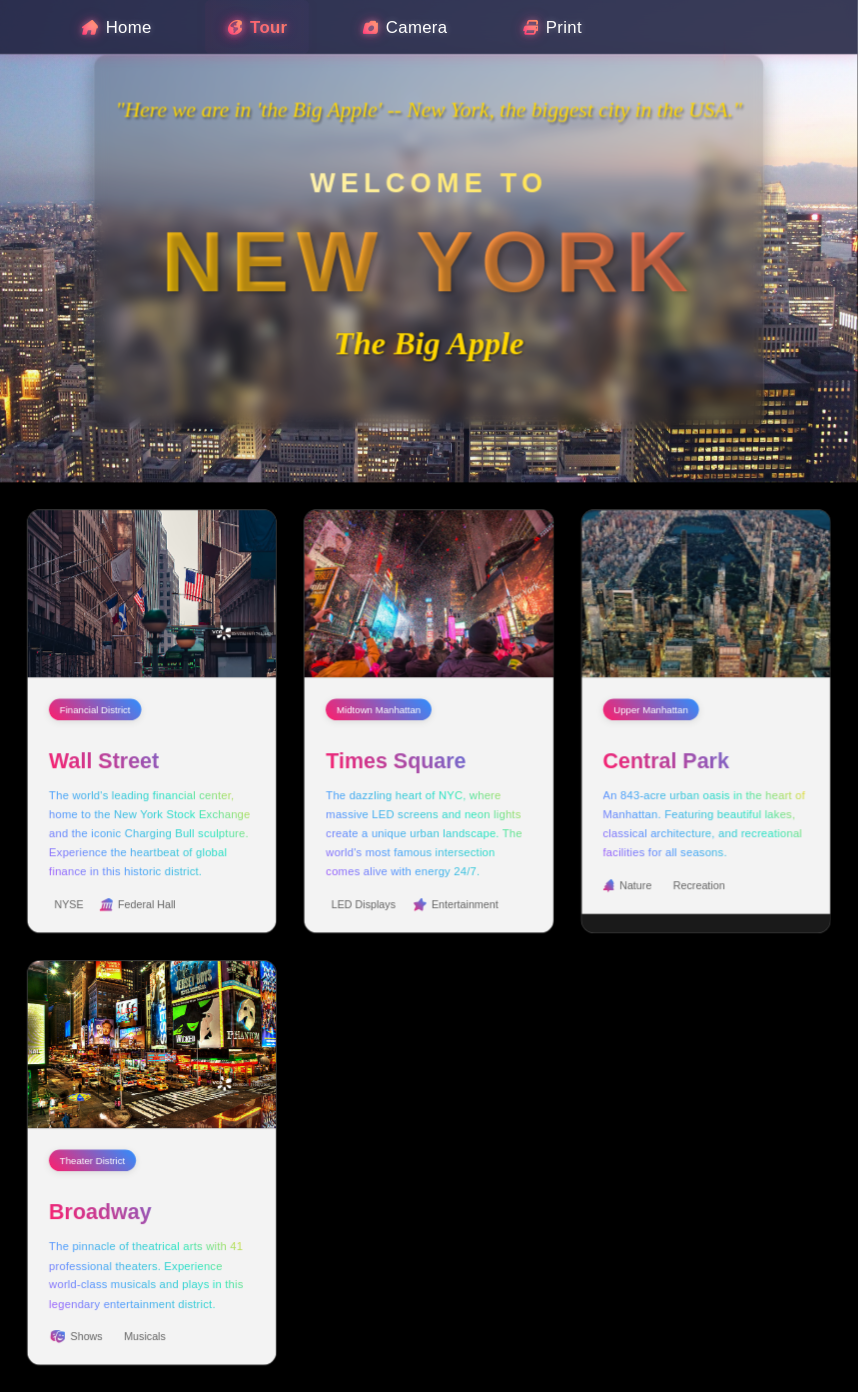
Repository: huang-heavenly-Emperor/NewYork
Page: America.html
These files come from the project's save history. The page is drawn as it stood at one moment and after the next save; the edit follows.
The browser window is 1280 px wide. The pictures show the whole page, at 67% of full size.
Backgrounds fixed to the window are drawn as part of the page. Some web fonts or font styles are not loaded; a fallback is used. The style sheet was rebuilt from its Sass, Less or Tailwind sources for each picture, by a compiler version that may differ from the author's.

Above is the page before, as saved 2025-02-19 17:26:16.

### America.html
<!DOCTYPE html>
<html lang="en">

<head>
  <meta charset="UTF-8">
  <meta name="viewport" content="width=device-width, initial-scale=1.0">
  <title>America Tour</title>
  <link rel="stylesheet" href="css/style.css">
  <link rel="stylesheet" href="lib/font-awesome.css">
  <link rel="stylesheet" href="css/text.css">
  <link rel="stylesheet" href="css/America.css">
  <link rel="stylesheet" href="lib/font-Playfair.css">
</head>

<body>
  <!-- Main navigation -->
  <nav class="main-nav">
    <ul class="nav-links">
      <li>
        <a href="index.html">
          <i class="fas fa-home"></i>
          Home
        </a>
      </li>
      <li class="dropdown">
        <a href="tour.html" class="active">
          <i class="fas fa-globe-americas"></i>
          Tour
        </a>
        <ul class="dropdown-menu">
          <li class="nested-dropdown">
            <a href="#">
              Asia
            </a>
            <ul class="nested-dropdown-menu">
              <li class="nested-dropdown">
                <a href="china.html">
                  China
                </a>
                <ul class="nested-dropdown-menu">
                  <li>
                    <a href="great-wall.html">
                      <span>Great Wall</span>
                    </a>
                  </li>
                  <li>
                    <a href="forbidden-city.html">
                      <span>Forbidden City</span>
                    </a>
                  </li>
                  <li>
                    <a href="yellow-mountain.html">
                      <span>Yellow Mountain</span>
                    </a>
                  </li>
                </ul>
              </li>
              <li class="nested-dropdown">
                <a href="japan.html">
                  Japan
                </a>
                <ul class="nested-dropdown-menu">
                  <li>
                    <a href="mount-fuji.html">
                      <span>Mount Fuji</span>
                    </a>
                  </li>
                  <li>
                    <a href="kyoto.html">
                      <span>Kyoto Temples</span>
                    </a>
                  </li>
                  <li>
                    <a href="tokyo.html">
                      <span>Tokyo Tower</span>
                    </a>
                  </li>
                </ul>
              </li>
            </ul>
          </li>
          <li class="nested-dropdown">
            <a href="#">
              Africa
            </a>
            <ul class="nested-dropdown-menu">
              <li class="nested-dropdown">
                <a href="egypt.html">
                  Egypt
                </a>
                <ul class="nested-dropdown-menu">
                  <li>
                    <a href="pyramids.html">
                      <span>Pyramids</span>
                    </a>
                  </li>
                  <li>
                    <a href="sphinx.html">
                      <span>Sphinx</span>
                    </a>
                  </li>
                  <li>
                    <a href="nile.html">
                      <span>Nile River</span>
                    </a>
                  </li>
                </ul>
              </li>
            </ul>
          </li>
          <li class="nested-dropdown">
            <a href="#">
              Europe
            </a>
            <ul class="nested-dropdown-menu">
              <li class="nested-dropdown">
                <a href="france.html">
                  France
                </a>
                <ul class="nested-dropdown-menu">
                  <li>
                    <a href="eiffel.html">
                      <span>Eiffel Tower</span>
                    </a>
                  </li>
                  <li>
                    <a href="louvre.html">
                      <span>Louvre Museum</span>
                    </a>
                  </li>
                </ul>
              </li>
              <li class="nested-dropdown">
                <a href="italy.html">
                  Italy
                </a>
                <ul class="nested-dropdown-menu">
                  <li>
                    <a href="colosseum.html">
                      <span>Colosseum</span>
                    </a>
                  </li>
                  <li>
                    <a href="vatican.html">
                      <span>Vatican City</span>
                    </a>
                  </li>
                </ul>
              </li>
              <li class="nested-dropdown">
                <a href="uk.html">
                  United Kingdom
                </a>
                <ul class="nested-dropdown-menu">
                  <li>
                    <a href="big-ben.html">
                      <span>Big Ben</span>
                    </a>
                  </li>
                  <li>
                    <a href="tower-bridge.html">
                      <span>Tower Bridge</span>
                    </a>
                  </li>
                </ul>
              </li>
              <li class="nested-dropdown">
                <a href="germany.html">
                  Germany
                </a>
                <ul class="nested-dropdown-menu">
                  <li>
                    <a href="brandenburg.html">
                      <span>Brandenburg Gate</span>
                    </a>
                  </li>
                  <li>
                    <a href="neuschwanstein.html">
                      <span>Neuschwanstein</span>
                    </a>
                  </li>
                </ul>
              </li>
            </ul>
          </li>
          <li class="nested-dropdown">
            <a href="america.html" class="active">
              America
            </a>
            <ul class="nested-dropdown-menu">
              <li class="usa-dropdown">
                <a href="america.html" class="active">
                  The USA
                </a>
                <ul class="usa-dropdown-menu">
                  <li>
                    <a href="wall-street.html">
                      <span>Wall Street</span>
                    </a>
                  </li>
                  <li>
                    <a href="times-square.html">
                      <span>Times Square</span>
                    </a>
                  </li>
                  <li>
                    <a href="central-park.html">
                      <span>Central Park</span>
                    </a>
                  </li>
                  <li>
                    <a href="broadway.html">
                      <span>Broadway</span>
                    </a>
                  </li>
                </ul>
              </li>
            </ul>
          </li>
          <li>
            <a href="others.html">
              Others
            </a>
          </li>
        </ul>
      </li>
      <li>
        <a href="camera.html">
          <i class="fas fa-camera"></i>
          Camera
        </a>
      </li>
      <li>
        <a href="print.html">
          <i class="fas fa-print"></i>
          Print
        </a>
      </li>
    </ul>
  </nav>

  <main class="main-content">
    <!-- New York Banner -->
    <section class="hero-banner">
      <div class="overlay"></div>
      <div class="banner-content">
        <p class="intro-quote">
          "Here we are in 'the Big Apple' -- New York, the biggest city in the USA."
        </p>
        <h1 class="city-title">
          <span class="welcome-text">Welcome to</span>
          <span class="city-name">New York</span>
          <span class="city-nickname">The Big Apple</span>
        </h1>
      </div>
    </section>

    <!-- Landmarks Introduction -->
    <section id="america" class="continent-section">
      <div id="usa" class="country-section">
        <div class="landmark-grid">
          <!-- Wall Street -->
          <a href="wall-street.html" class="landmark-card">
            <div class="landmark-image">
              <img src="images/5.jpg" alt="Wall Street" loading="lazy">
              <div class="image-overlay"></div>
            </div>
            <div class="landmark-content">
              <div class="content-inner">
                <span class="location-tag">Financial District</span>
                <h2>Wall Street</h2>
                <p class="description">The world's leading financial center, home to the New York Stock Exchange and the
                  iconic Charging Bull sculpture. Experience the heartbeat of global finance in this historic district.
                </p>
                <div class="landmark-features">
                  <span><i class="fas fa-building"></i> NYSE</span>
                  <span><i class="fas fa-landmark"></i> Federal Hall</span>
                </div>
              </div>
            </div>
          </a>

          <!-- Times Square -->
          <a href="times-square.html" class="landmark-card">
            <div class="landmark-image">
              <img src="images/2.jpg" alt="Times Square" loading="lazy">
              <div class="image-overlay"></div>
            </div>
            <div class="landmark-content">
              <div class="content-inner">
                <span class="location-tag">Midtown Manhattan</span>
                <h2>Times Square</h2>
                <p class="description">The dazzling heart of NYC, where massive LED screens and neon lights create a unique
                  urban landscape. The world's most famous intersection comes alive with energy 24/7.</p>
                <div class="landmark-features">
                  <span><i class="fas fa-tv"></i> LED Displays</span>
                  <span><i class="fas fa-star"></i> Entertainment</span>
                </div>
              </div>
            </div>
          </a>

          <!-- Central Park -->
          <a href="central-park.html" class="landmark-card">
            <div class="landmark-image">
              <img src="images/3.png" alt="Central Park" loading="lazy">
              <div class="image-overlay"></div>
            </div>
            <div class="landmark-content">
              <div class="content-inner">
                <span class="location-tag">Upper Manhattan</span>
                <h2>Central Park</h2>
                <p class="description">An 843-acre urban oasis in the heart of Manhattan. Featuring beautiful lakes,
                  classical architecture, and recreational facilities for all seasons.</p>
                <div class="landmark-features">
                  <span><i class="fas fa-tree"></i> Nature</span>
                  <span><i class="fas fa-skating"></i> Recreation</span>
                </div>
              </div>
            </div>
          </a>

          <!-- Broadway -->
          <a href="broadway.html" class="landmark-card">
            <div class="landmark-image">
              <img src="images/4.jpg" alt="Broadway" loading="lazy">
              <div class="image-overlay"></div>
            </div>
            <div class="landmark-content">
              <div class="content-inner">
                <span class="location-tag">Theater District</span>
                <h2>Broadway</h2>
                <p class="description">The pinnacle of theatrical arts with 41 professional theaters. Experience world-class
                  musicals and plays in this legendary entertainment district.</p>
                <div class="landmark-features">
                  <span><i class="fas fa-theater-masks"></i> Shows</span>
                  <span><i class="fas fa-music"></i> Musicals</span>
                </div>
              </div>
            </div>
          </a>
        </div>
      </div>
    </section>
  </main>
</body>

</html>

### lib/font-awesome.css
@font-face {
    font-family: 'Font Awesome 6 Free';
    font-style: normal;
    font-weight: 900;
    src: url('webfonts/fa-solid-900.woff2') format('woff2');
}

.fas {
    font-family: 'Font Awesome 6 Free';
    font-weight: 900;
}

.fa-home:before {
    content: "\f015";
}

.fa-globe-americas:before {
    content: "\f57d";
}

.fa-torii-gate:before {
    content: "\f6a1";
}

.fa-sun:before {
    content: "\f185";
}

.fa-landmark:before {
    content: "\f66f";
}

.fa-flag-usa:before {
    content: "\f74d";
}

.fa-star:before {
    content: "\f005";
}

.fa-chart-line:before {
    content: "\f201";
}

.fa-city:before {
    content: "\f64f";
}

.fa-tree:before {
    content: "\f1bb";
}

.fa-theater-masks:before {
    content: "\f630";
}

.fa-ellipsis-h:before {
    content: "\f141";
}

.fa-camera:before {
    content: "\f030";
}

.fa-print:before {
    content: "\f02f";
}

.fa-arrow-left:before {
    content: "\f060";
}

### css/text.scss
$shadow-size: 15vh;
$shadow-offset: $shadow-size * 1.5;
$shadow-colors: purple, violet, teal, orangered, yellow, crimson, yellowgreen, orange, darkturquoise, pink, steelblue,  turquoise, coral, skyblue,  darkviolet, gold, darkslateblue;
$colors-max: length($shadow-colors);

$shadows-steps: 4;
$colors-in-step: round($colors-max/$shadows-steps);

$title-text-color: white;
$title-bg-color: black;


$matrix-h: 30;
$matrix-v: 20;

@function get_color($position){
  $color: nth($shadow-colors, 1);


  @if ($position < $colors-max) {
    $color: nth($shadow-colors, $position);
  }
  @else {
    $fixed-position: $position % $colors-max + 1;
    $color: nth($shadow-colors, $fixed-position);
  }

  @return $color;
}

@function shadow-matrix ($color-offset: 0){
  $out: null;
  $cell-counter: 1;

  @for $cell_column from 1 through $matrix-v {
    $step-v: ($cell_column - 1) * $shadow-offset;

    @for $cell_row from 1 through $matrix-h {
      $color: get_color($cell-counter + $color-offset);

      $step-h: ($cell_row - 1) * $shadow-offset;
      $out: append($out, $step-h $step-v $shadow-size $shadow-size $color, comma);

      $cell-counter: $cell-counter + 1;

    }

  }

  @return $out;

}


@import url(https://fonts.googleapis.com/css?family=Lobster&subset=latin,cyrillic);

HTML,
BODY {
  width: 100%;
  height: 100%;
  }

BODY {
  background: #000;
}

.demo--dancing-shadows__title {
  position: absolute;
  top: 0;
  right: 0;
  bottom: 0;
  left: 0;
  margin: auto;
  overflow: hidden;

  .text-wrapper {
    position: absolute;
    top: 0;
    right: 0;
    bottom: 0;
    left: 0;
    margin: auto;
    padding: 5% 0;
    font-size: 23vh;
    line-height: 1.05;
    font-style: italic;
    font-family: Lobster;
    background: $title-bg-color;
    text-shadow:
      0 .1rem $title-bg-color,
      0 .2rem $title-bg-color,
      0 .3rem $title-bg-color,
      0 .4rem $title-bg-color,
      0 .6rem $title-bg-color,
      0 .7rem $title-text-color,
      0 .8rem $title-text-color;
    color: $title-text-color;
    mix-blend-mode: darken;
    }

  &:before {
    content: '';
    display: block;
    position: absolute;
    border-radius: 50%;
    box-shadow: shadow-matrix();
    animation: shadows-cells 2s linear infinite;
    }
  }

.text-items {
  display: block;
  position: absolute;
  top: 50%;
  right: 0;
  left: 0;
  width: 3.3em;
  margin: 0 auto;
/*   border: 2px solid red; */
  transform: translateY(-50%) rotate(-10deg);
  text-align: center;
  }
.text-item {
  display: block;
  position: relative;

  &--2 {
    margin-left: -.4em;
    }
  &--3 {
    margin-left: -.7em;
    }
  }

@keyframes shadows-cells {
  25% {
    box-shadow: shadow-matrix($colors-in-step*2);
  }
  45% {
    box-shadow: shadow-matrix($colors-in-step);
  }
  75% {
    box-shadow: shadow-matrix($colors-in-step*3);
  }
}

Loaded but not shown: lib/font-Playfair.css (library); css/style.css (502 lines, source omitted); css/America.css (400 lines, source omitted)

After the next save:
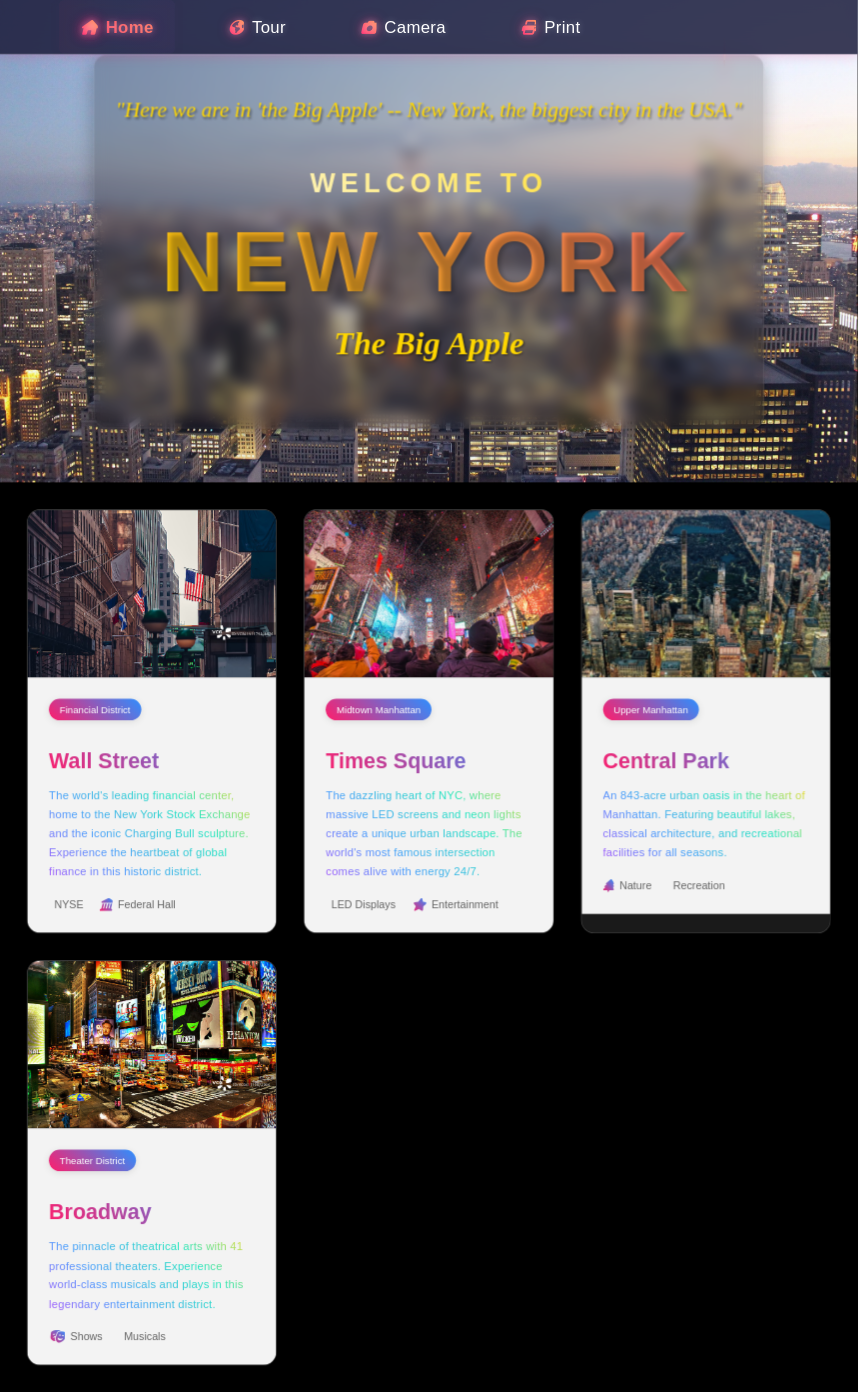
Saved 89 s later.
--- a/America.html
+++ b/America.html
@@ -17,13 +17,13 @@
   <nav class="main-nav">
     <ul class="nav-links">
       <li>
-        <a href="index.html">
+        <a href="index.html" class="active">
           <i class="fas fa-home"></i>
           Home
         </a>
       </li>
       <li class="dropdown">
-        <a href="tour.html" class="active">
+        <a href="tour.html">
           <i class="fas fa-globe-americas"></i>
           Tour
         </a>
@@ -53,6 +53,11 @@
                       <span>Yellow Mountain</span>
                     </a>
                   </li>
+                  <li>
+                    <a href="terracotta-army.html">
+                      <span>Terracotta Army</span>
+                    </a>
+                  </li>
                 </ul>
               </li>
               <li class="nested-dropdown">
@@ -91,17 +96,17 @@
                 <ul class="nested-dropdown-menu">
                   <li>
                     <a href="pyramids.html">
-                      <span>Pyramids</span>
+                      <span>The Great Pyramids</span>
                     </a>
                   </li>
                   <li>
                     <a href="sphinx.html">
-                      <span>Sphinx</span>
+                      <span>The Great Sphinx</span>
                     </a>
                   </li>
                   <li>
                     <a href="nile.html">
-                      <span>Nile River</span>
+                      <span>The Nile River</span>
                     </a>
                   </li>
                 </ul>
@@ -148,6 +153,23 @@
                 </ul>
               </li>
               <li class="nested-dropdown">
+                <a href="germany.html">
+                  Germany
+                </a>
+                <ul class="nested-dropdown-menu">
+                  <li>
+                    <a href="brandenburg.html">
+                      <span>Brandenburg Gate</span>
+                    </a>
+                  </li>
+                  <li>
+                    <a href="neuschwanstein.html">
+                      <span>Neuschwanstein</span>
+                    </a>
+                  </li>
+                </ul>
+              </li>
+              <li class="nested-dropdown">
                 <a href="uk.html">
                   United Kingdom
                 </a>
@@ -164,32 +186,15 @@
                   </li>
                 </ul>
               </li>
-              <li class="nested-dropdown">
-                <a href="germany.html">
-                  Germany
-                </a>
-                <ul class="nested-dropdown-menu">
-                  <li>
-                    <a href="brandenburg.html">
-                      <span>Brandenburg Gate</span>
-                    </a>
-                  </li>
-                  <li>
-                    <a href="neuschwanstein.html">
-                      <span>Neuschwanstein</span>
-                    </a>
-                  </li>
-                </ul>
-              </li>
             </ul>
           </li>
           <li class="nested-dropdown">
-            <a href="america.html" class="active">
+            <a href="tour.html">
               America
             </a>
             <ul class="nested-dropdown-menu">
               <li class="usa-dropdown">
-                <a href="america.html" class="active">
+                <a href="tour.html">
                   The USA
                 </a>
                 <ul class="usa-dropdown-menu">
